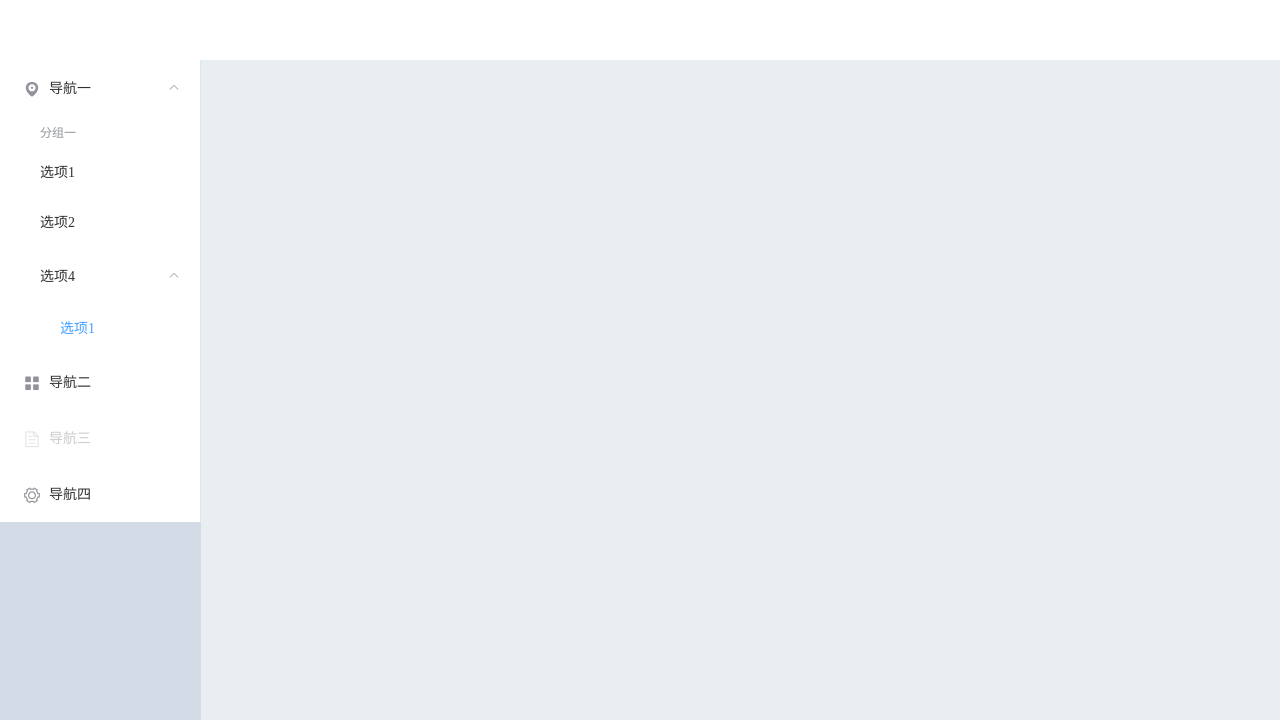
Repository: 960519152/elementui-demo-byf
Page: /#/
These files come from the project's save history. The page is drawn as it stood at one moment and after the next save; the edit follows.
The browser window is 1280 px wide. The pictures show the whole page.
The project was rebuilt for these pictures with package versions that can differ from the ones it lists, and the page was loaded fresh each time. Also part of the build but not shown: src/components/HelloWorld.vue, src/components/Tx.vue, src/components/Tes.vue.

Above is the page before, as saved 2019-05-14 10:41:41.

After the next save:
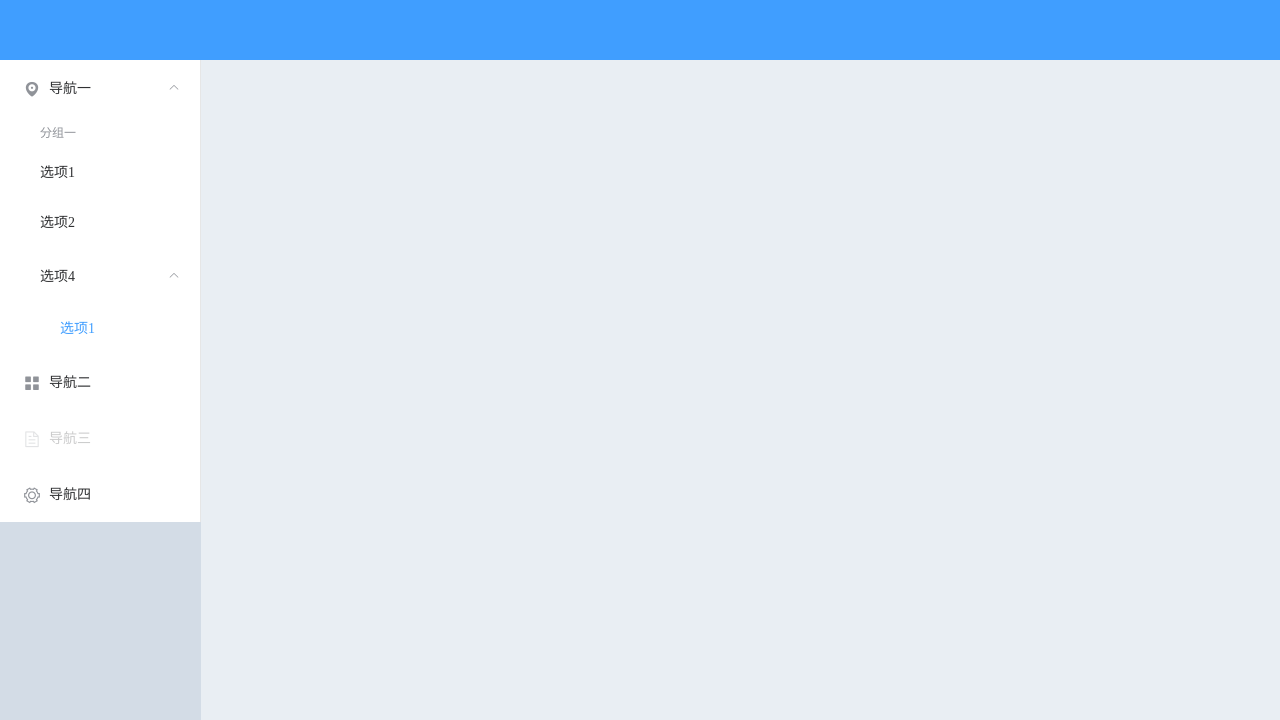
Saved 2 min 36 s later.
--- a/src/components/Home.vue
+++ b/src/components/Home.vue
@@ -181,7 +181,7 @@
 
   @media screen and (min-width: $smallSize) {
     .header {
-      background: #ffffff;
+      background:#409EFF;
 
       i {
         display: none;
@@ -191,7 +191,7 @@
 
   @media screen and (max-width: $smallSize) {
     .header {
-      background: #ffffff;
+      background: #409EFF;
 
       i {
         display: inline;
